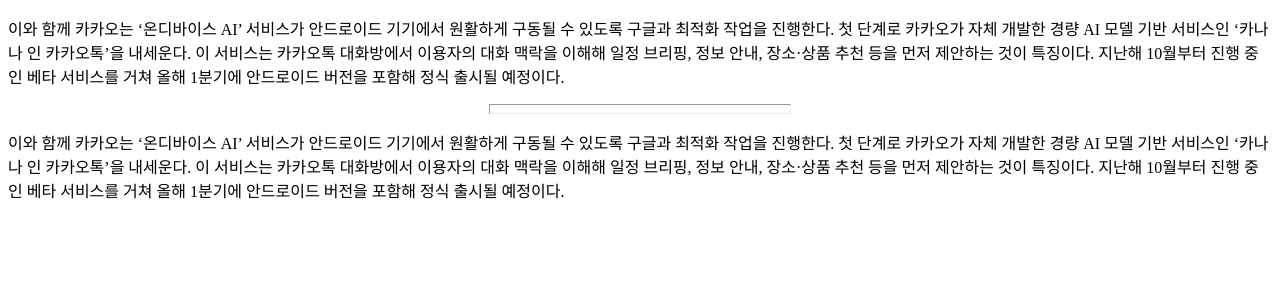
Repository: HongTaeHun337/HTML-CSS-JavaScript-
Page: html/HtmlTest/src/main/webapp/ex08_hr.html
The author's editor kept a copy of each file at every save. The page is drawn from the files as they stood at one save, then again after the next save.
The browser window is 1280 px wide. The pictures show the whole page.

Above is the page before, as saved 2026-02-13 00:44:48.

After the next save:
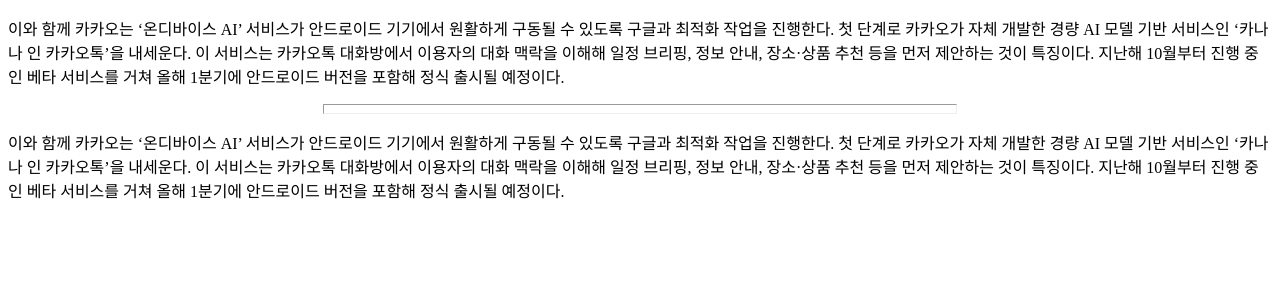
Saved 19 s later.
--- a/html/HtmlTest/src/main/webapp/ex08_hr.html
+++ b/html/HtmlTest/src/main/webapp/ex08_hr.html
@@ -17,7 +17,7 @@
 		hr 속성
 		1. size: 선의 두께
 		2. width: 선의 너비
-
+		align: 선의 위치
 
 		HTML 속성값의 형태(***)
 		1. 숫자형
@@ -32,7 +32,7 @@
 	 이용자의 대화 맥락을 이해해 일정 브리핑, 정보 안내, 장소·상품 추천 등을 먼저 제안하는 것이 특징이다.
 	 지난해 10월부터 진행 중인 베타 서비스를 거쳐 올해 1분기에 안드로이드 버전을 포함해 정식 출시될 예정이다.</p>
 
-	 <hr size = "10" width = "300" align = "">
+	 <hr size = "10" width = "50%">
 
 	 <p>이와 함께 카카오는 ‘온디바이스 AI’ 서비스가 안드로이드 기기에서 원활하게 구동될 수 있도록 구글과 최적화 작업을 진행한다.
 	 첫 단계로 카카오가 자체 개발한 경량 AI 모델 기반 서비스인 ‘카나나 인 카카오톡’을 내세운다. 이 서비스는 카카오톡 대화방에서
